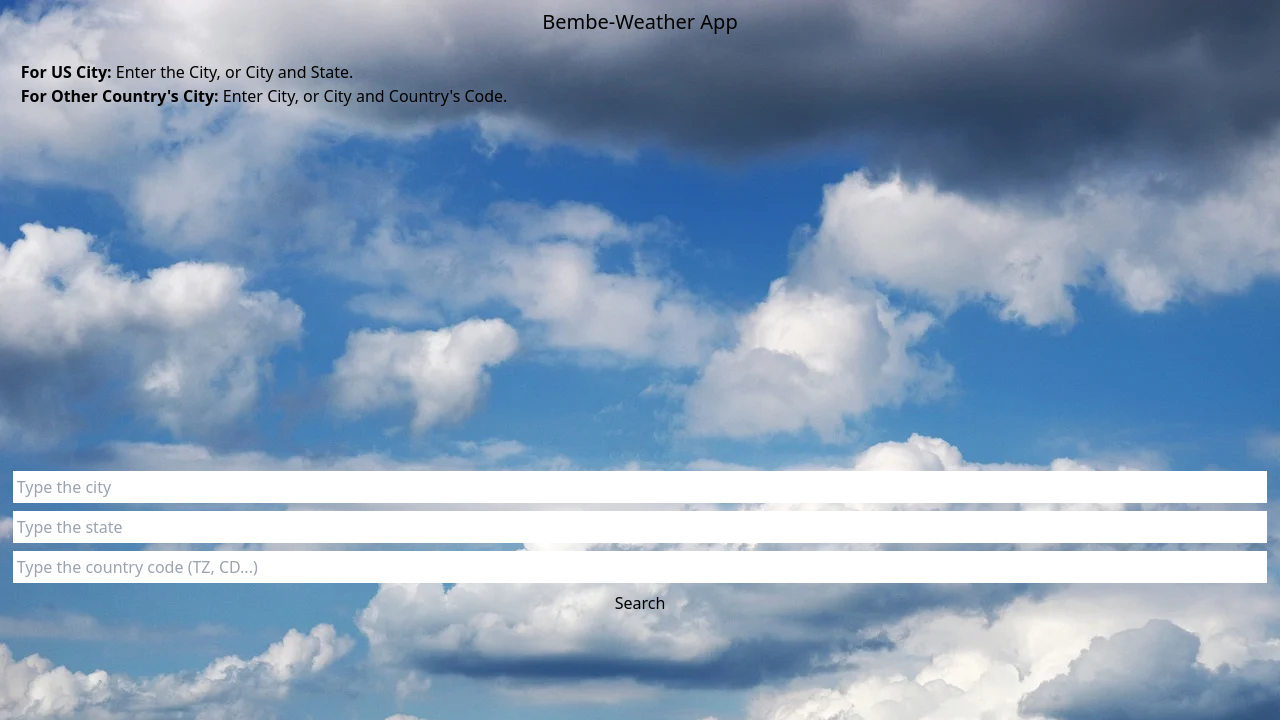
Repository: ShindanoSingi/bembe-weather
Page: /
These files come from the project's save history. The page is drawn as it stood at one moment and after the next save; the edit follows.
The browser window is 1280 px wide. The pictures show the whole page.
The page's requests for data from a server got no answer. The project was rebuilt for these pictures with package versions that can differ from the ones it lists, and the page was loaded fresh each time. No one was signed in, and anything a server would have sent is missing.

Above is the page before, as saved 2022-09-14 23:42:19.

After the next save:
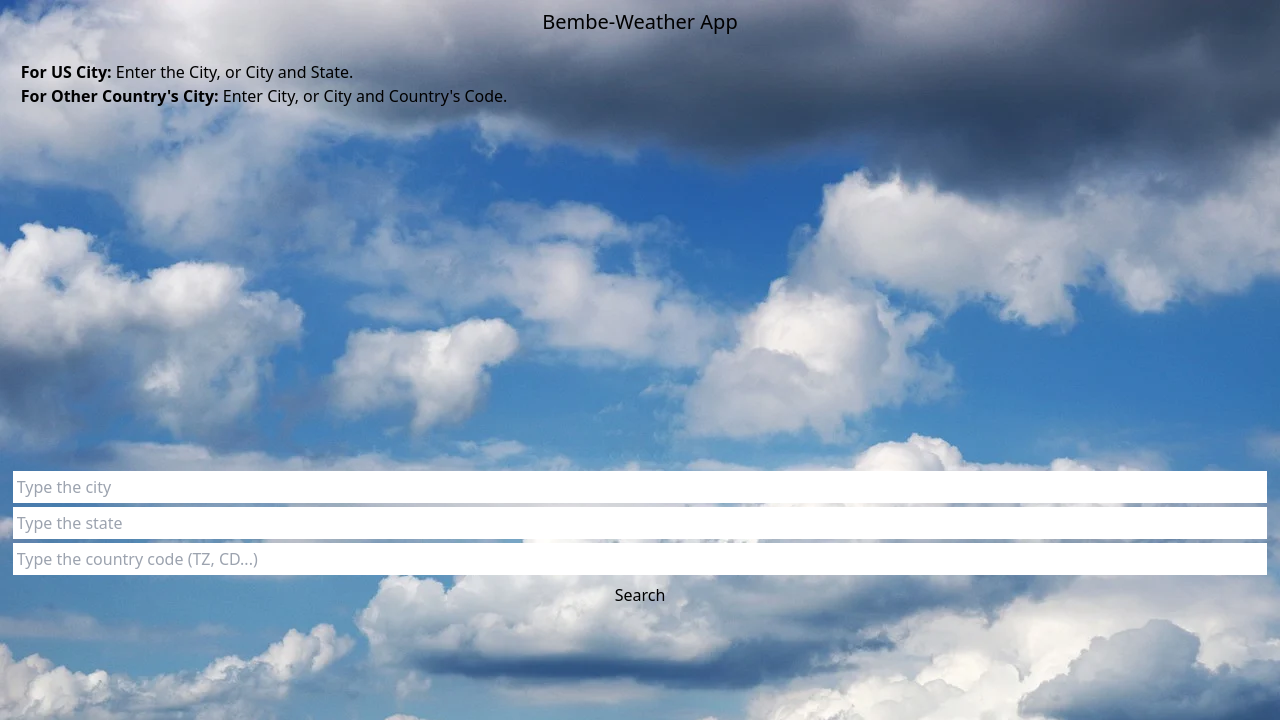
Saved 8 s later.
--- a/src/components/SearchForm.js
+++ b/src/components/SearchForm.js
@@ -13,7 +13,7 @@ const SearchForm = ({
     <div className="relative top-[18.2rem]">
       <form className="form-container" onSubmit={handleSubmit} d-flex>
         <div className="flex flex-col items-center gap-1 form-container">
-          <div className="flex flex-col gap-2">
+          <div className="flex flex-col gap-1">
           <input
           className="p-1 w-[98vw] cityInput"
           placeholder="Type the city"
